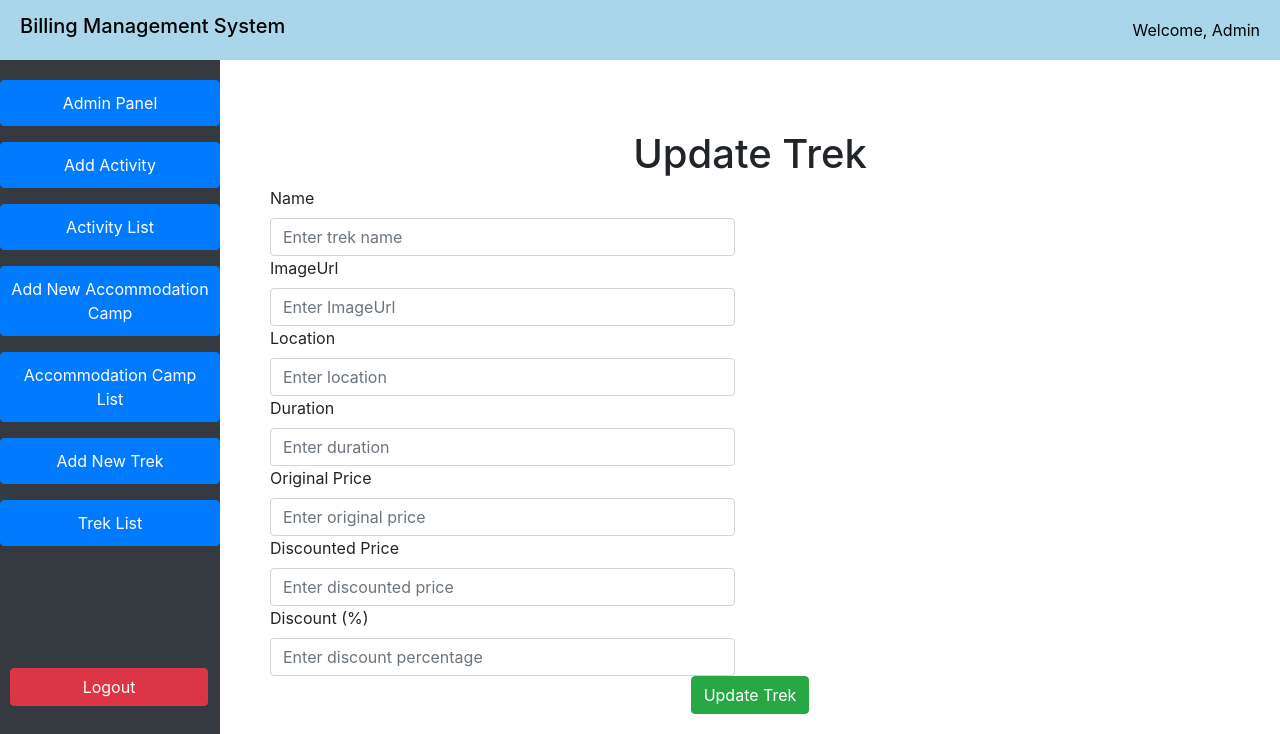
Repository: ruturajsurwase/Thymleaf-Projects
Page: http://localhost/trek-update-form
The author's editor kept a copy of each file at every save. The page is drawn from the files as they stood at one save, then again after the next save.
The browser window is 1280 px wide. The pictures show the whole page.
The page is this project's Thymeleaf template; nobody is signed in. The template is opened directly, without the code that normally fills it, so the values that code supplies are empty.

Above is the page before, as saved 2024-12-13 06:34:48.

After the next save:
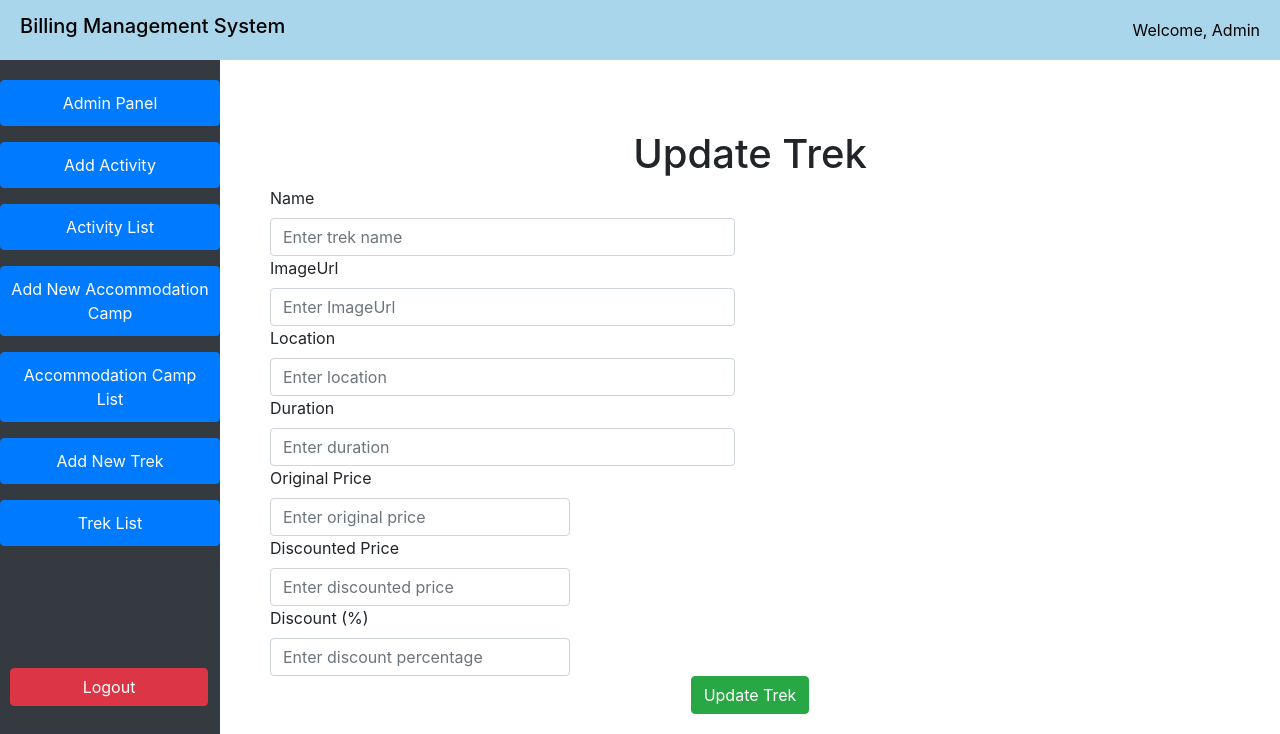
Saved 36 s later.
--- a/WEEKENDFEELS/src/main/resources/templates/trek-update-form.html
+++ b/WEEKENDFEELS/src/main/resources/templates/trek-update-form.html
@@ -111,15 +111,15 @@
             <label for="duration">Duration</label>
             <input type="text" th:field="*{duration}" class="form-control" id="duration" placeholder="Enter duration" required>
         </div>
-        <div class="col-md-6">
+        <div class="col-md-4">
             <label for="originalPrice">Original Price</label>
             <input type="number" th:field="*{originalPrice}" class="form-control" id="originalPrice" placeholder="Enter original price" required>
         </div>
-        <div class="col-md-6">
+        <div class="col-md-4">
             <label for="discountedPrice">Discounted Price</label>
             <input type="number" th:field="*{discountedPrice}" class="form-control" id="discountedPrice" placeholder="Enter discounted price" required>
         </div>
-        <div class="col-md-6">
+        <div class="col-md-4">
             <label for="discount">Discount (%)</label>
             <input type="text" th:field="*{discount}" class="form-control" id="discount" placeholder="Enter discount percentage" required>
         </div>
